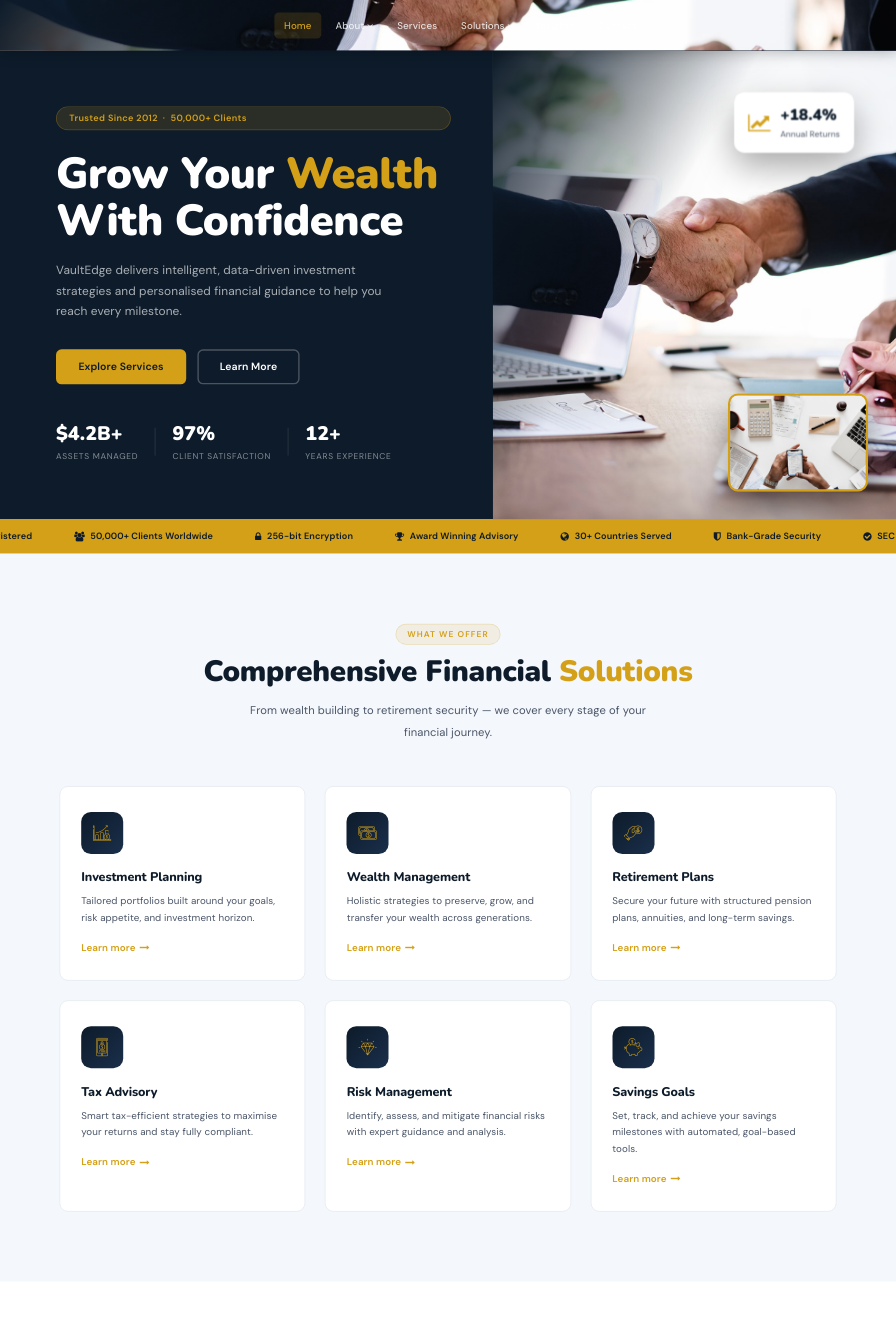
Repository: monk63/afribridgeltd
Page: afribridgeltd/index.html
These files come from the project's save history. The page is drawn as it stood at one moment and after the next save; the edit follows.
The browser window is 1280 px wide. The pictures show the part of the page from y = 0 to 1920 px (the page is 5448 px tall), at 70% of full size.
Some web fonts or font styles are not loaded; a fallback is used.

Above is the page before, as saved 2026-04-01 07:20:28.
Console error: RangeError: Maximum call stack size exceeded

After the next save:
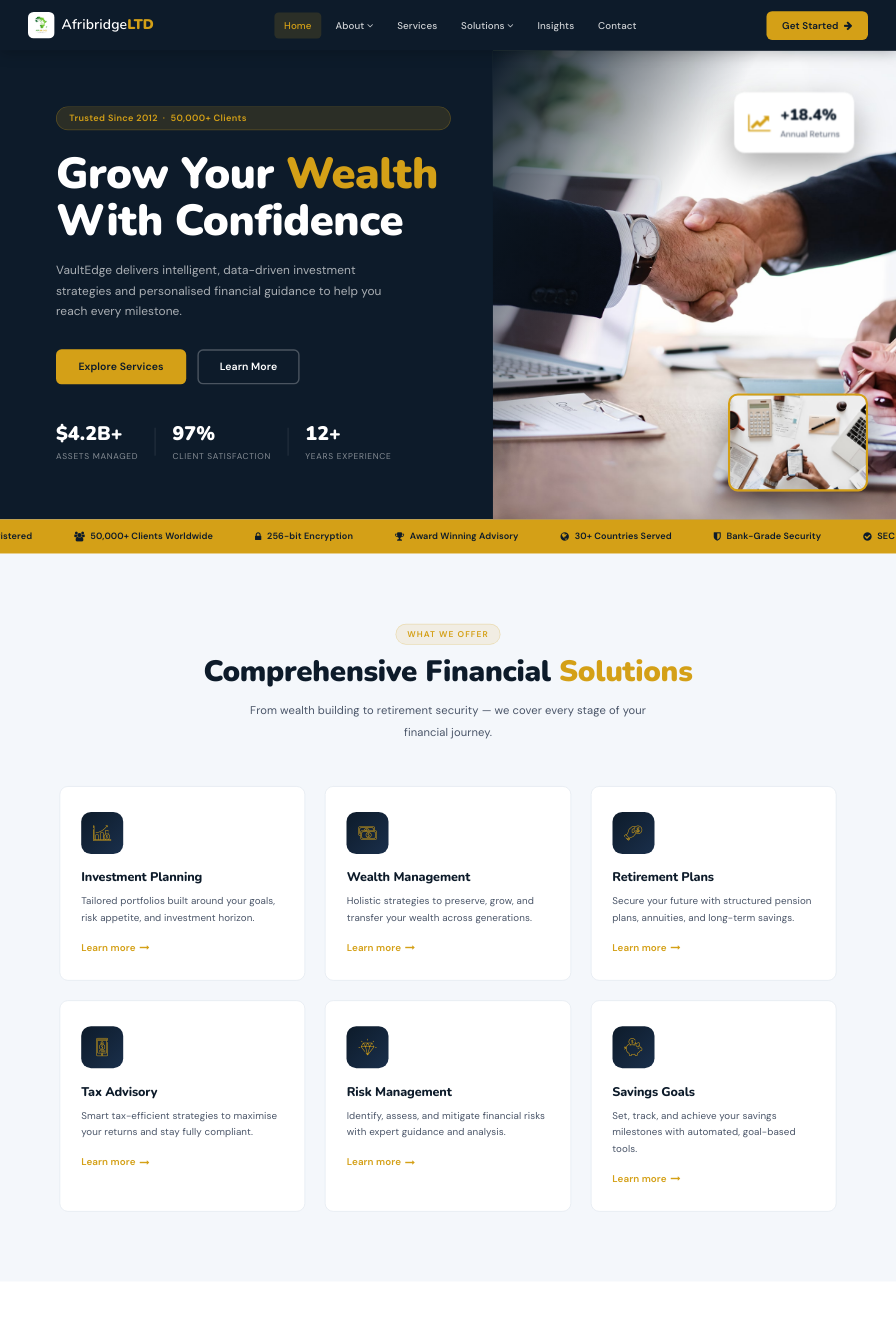
Saved 85 s later.
--- a/afribridgeltd/index.html
+++ b/afribridgeltd/index.html
@@ -26,8 +26,7 @@
             <!-- Logo -->
             <div class="ve-logo">
                 <a href="index.html">
-                    <span class="ve-logo-icon">A</span>
-                    <div class="ve-hero-img-main bg-img" style="background-image:url(img/bg-img/1.jpg);"></div>
+                    <img src="img/core-img/aicon.jpg" alt="AfribridgeLtd" class="ve-logo-img" width="38" height="38">
                     <span class="ve-logo-text">Afribridge<strong>LTD</strong></span>
                 </a>
             </div>
